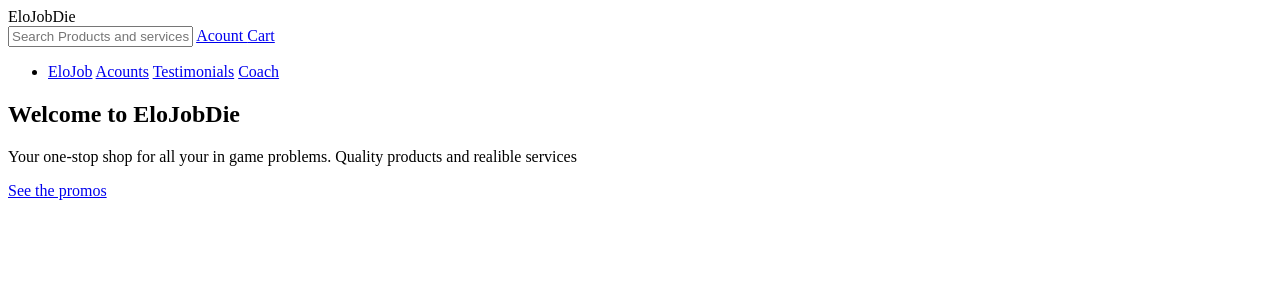
Repository: JustTheHero/web_online_store
Page: homePage.html
These files come from the project's save history. The page is drawn as it stood at one moment and after the next save; the edit follows.
The browser window is 1280 px wide. The pictures show the whole page.

Above is the page before, as saved 2025-04-24 09:22:01.

### homePage.html
<!DOCTYPE html>
<html>
<head>
    <meta charset="UTF-8">
    <meta name="viewport" content="width=device-width, initial-scale=1.0">
    <title>EloJobDie</title>
    <style>

    </style>
</head>
<body>
    <header>
        <div class="container_header">
            <div class="logo">
                EloJob<spam>Die</spam>
            </div>
            <div class="search_bar">
                <input type = "text" placeholder = "Search Products and services"
            </div>
            <dic class = "icons_navigation">
                <a href="#accont"> Acount
                </a>
                <a href="#cart"> Cart
                </a>
            </dic>
        </div>
    </header>
    <nav>
        <div class = "container_nav">
            <ul class = "nav_itens">
                <li>
                    <a href="#elojob">EloJob</a>
                    <a href="#acounts">Acounts</a>
                    <a href="#testimonials">Testimonials</a>
                    <a href="#coach">Coach</a>
                </li>
            </ul>
        </div>
    </nav>
    <section class = "welcome">
        <div class = "container_welcome">
            <h1>Welcome to EloJobDie</h1>
            <p>Your one-stop shop for all your in game problems. Quality products and realible services</p>
            <a href="#promos">See the promos</a>
        </div>

    </section>
    <footer>

    </footer>


</body>
</html>

After the next save:
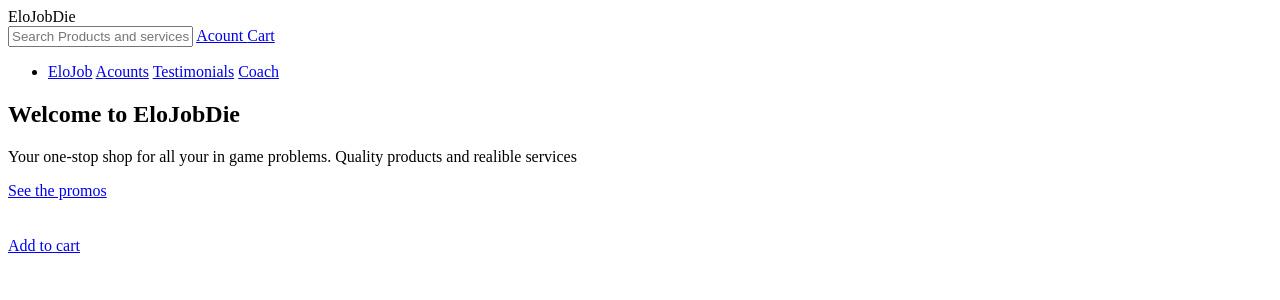
Saved 5 min 35 s later.
--- a/homePage.html
+++ b/homePage.html
@@ -43,7 +43,23 @@
             <p>Your one-stop shop for all your in game problems. Quality products and realible services</p>
             <a href="#promos">See the promos</a>
         </div>
+    </section>
 
+    <section class="products">
+        <div class = "container_products">
+            <div class = "grid_products">
+               <div class = "card_products">
+                <div class = "image_products">
+                    <img src="" alt="">
+                </div>
+                <div class = "info_products">
+                    <h3 class = "title_product"></h3>
+                    <p class = "price_product"></p>
+                    <a href="#add_to_cartc"class = "btn">Add to cart</a>
+                </div>
+               </div>
+            </div>
+        </div>
     </section>
     <footer>
 
